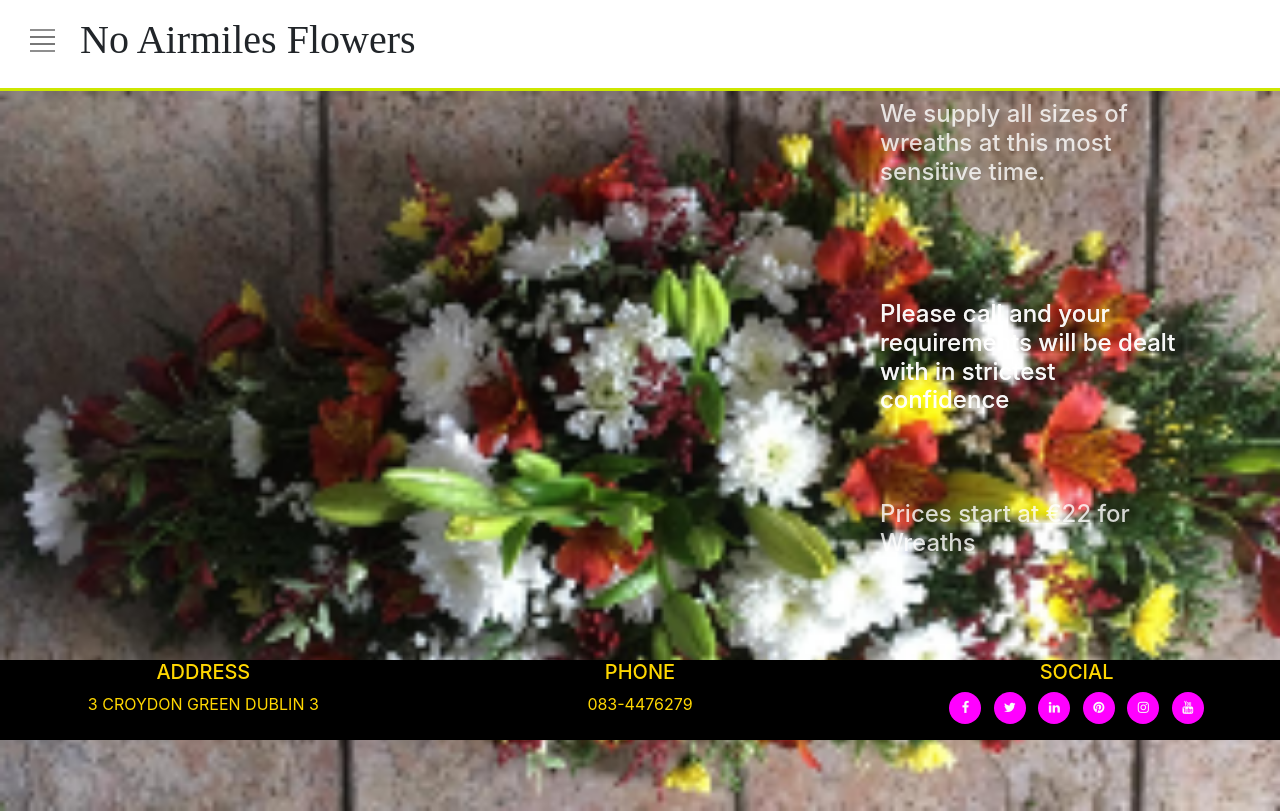
Repository: ConorTC1990/Flowers
Page: wreaths.html
The author's editor kept a record of every edit. The page is drawn from the files as they stood at one moment, then again after the next edit.
The browser window is 1280 px wide. The pictures show the whole page.
Some web libraries are served in a nearby version.

Above is the page before.

### wreaths.html
<!DOCTYPE html>
<html lang="en">
    <div class= "wreathscontainer">
<head>
    <meta charset="UTF-8">
    <meta name="viewport" content="width=device-width, initial-scale=1.0">
    <meta http-equiv="X-UA-Compatible" content="ie=edge">
    <link rel="stylesheet" href="https://maxcdn.bootstrapcdn.com/bootstrap/4.2.1/css/bootstrap.min.css" type="text/css" />
    <link rel="stylesheet" href="https://maxcdn.bootstrapcdn.com/font-awesome/4.7.0/css/font-awesome.min.css" type="text/css" />
    <link rel="stylesheet" href="https://cdnjs.cloudflare.com/ajax/libs/hover.css/2.1.1/css/hover-min.css" type="text/css" />
    <link rel="stylesheet" href="assets/css/style.css">
    <title>No Airmiles Flowers</title>
</head>
<body>
<div>
 <div class="collapsible-menu">
            <input type="checkbox" id="menu">
            <label for="menu">No Airmiles Flowers</label>
            <div class="menu-content">
                <ul>
                    <li><a href="index.html">Home</a></li>
                    <li><a href="weddings.html">Weddings</a></li>
                    <li><a href="Wreaths.html">Wreaths and Funerals</a></li>
                    <li><a href="Contactform.html">Contact</a></li>

                </ul>
            </div>
        </div>




   <div class="WreathsBackground">
         <h4 class="callout">
            We supply all sizes of wreaths at this most sensitive time.</h4>
    <h4 class="callout2">
          Prices start at €22 for Wreaths
        </h4>
         <h4 class="callout3">

        Please call and your requirements will be dealt with in strictest confidence</h4>
        </div>
         <h4 >
            We supply all sizes of wreaths at this most sensitive time.</h4>
    <h4 >
          Prices start at €22 for Wreaths
        </h4>
         <h4 class="callout3">

        Please call and your requirements will be dealt with in strictest confidence</h4>
        </div>

       <div class="videoclass2wreaths">
		    <div class=videoclass2padding></div>
		        <ol type="A">
		            <p><li> We supply all sizes of wreaths at this most sensitive time.</li></p>
		            <p><li> We can provide custom wreaths for all memorial services</li></p>
		            <p><li>Prices start at €22 for Wreaths </li></p>
		            <p><li>Please call us at 083-4476279</li></p>
		            <p><li><span class"buttonsticky"><button class= "button"><a href="Contactform.html">Contact</a></button></span></li></p>
		        </ol>

		</div>
    <div class="wreathfooter container-fluid">
<footer class="container-fluid wreathfooter">
        <div id="footer-details" class="row">
            <div class="col-sm-4">
                <h5 class="uppercase general-sub">Address</h5>
                <p class="inline-block">
                    3 Croydon Green
                    Dublin 3
                </p>
            </div>
            <div class="col-sm-4">
                <h5 class="uppercase general-sub">Phone</h5>
                <p class="inline-block">
                    083-4476279

                    </a>
                </p>
            </div>
            <div class="col-sm-4">
                <h5 class="uppercase general-sub">Social</h5>
                <ul class="list-inline social-links">
                    <li class="list-inline-item">
                        <a target="_blank" href="#">
                            <i class="fa fa-facebook" aria-hidden="true"></i>
                            <span class="sr-only">Facebook</span>
                        </a>
                    </li>
                    <li class="list-inline-item">
                        <a target="_blank" href="#">
                            <i class="fa fa-twitter" aria-hidden="true"></i>
                            <span class="sr-only">Twitter</span>
                        </a>
                    </li>
                    <li class="list-inline-item">
                        <a target="_blank" href="#">
                            <i class="fa fa-linkedin" aria-hidden="true"></i>
                            <span class="sr-only">LinkedIn</span>
                        </a>
                    </li>
                    <li class="list-inline-item">
                        <a target="_blank" href="#">
                            <i class="fa fa-pinterest" aria-hidden="true"></i>
                            <span class="sr-only">Pinterest</span>
                        </a>
                    </li>
                    <li class="list-inline-item">
                        <a target="_blank" href="#">
                            <i class="fa fa-instagram" aria-hidden="true"></i>
                            <span class="sr-only">Instagram</span>
                        </a>
                    </li>
                    <li class="list-inline-item">
                        <a target="_blank" href="#">
                            <i class="fa fa-youtube" aria-hidden="true"></i>
                            <span class="sr-only">YouTube</span>
                        </a>
                    </li>
                </ul>
            </div>
        </div>
        </div>
        </div>
    </footer>

</body>

</html>

</div>




</html>

### assets/css/style.css
@import url('https://fonts.googleapis.com/css?family=Roboto:100,200,300,400,500,600,700|Exo:100,200,300,400,500,600,700');
.mission {
	text-transform: uppercase;
	color: green;
}


/* up for deletion*/

@media (min-width: 1200px) .container {
	max-width: 100%;
}

@media (min-width: 992px) .container {
	max-width: 100%;
}

@media (min-width: 768px) .container {
	max-width: 100%;
}

@media (min-width: 576px) .container {
	max-width: 100%;
}


/* up for deletion*/

.container {
	padding-right: 0px;
	padding-left: 0px;
	margin-right: auto;
	margin-left: auto;
}


}
.wreathscontainer {
	padding-right: 0px;
	padding-left: 0px;
	margin-right: auto;
	margin-left: auto;
}

}
.containerweddings {
	padding-right: 0px;
	padding-left: 0px;
	margin-right: auto;
	margin-left: auto;
}

}

/* up for deletion*/
*,
*:before,
*:after {
	-webkit-box-sizing: border-box;
	-moz-box-sizing: border-box;
	box-sizing: border-box;
}
* {
	margin: 0;
	padding: 0;
}
* {
	margin: 0;
	padding: 0;
}
*,
 ::after,
 ::before {
	box-sizing: border-box;
}

}
.title {
	text-align: center;
	color: white;
}
h3 {
	text-transform: uppercase;
	text-align: center;
	color: green;
	background-color: #FF00FF;
	resize: both;
}

/* Buttons*/
.button {
	background-color: #7CFC00;
	text-align: center;
	color: white;
	width: 25%;
	transition-duration: .9s;
	transition-timing-function: ease-in-out;
	z-index: 1;
}
.button:hover {
	background-color: white;
	color: #7CFC00;
}
a:hover {
	background-color: white;
	color: #7CFC00;
}
.sr-only {
	color: white
}
.list-inline-item {
	color: white
}
.infoclass {
	background-color: transparent;
}
#myVideo {
	position: center;
	width: 100%;
	min-height: 100%;
	padding-bottom: 0px;
	padding-right: 0px;
	padding-left: 0px;
}
.col-sm-4 {
	text-align: center;
	border-color: #FF00FF;
}

/* Callout box - fixed position at the bottom of the page */
.callout {
	position:fixed;
	top: 100px;
	right: 100px;
	margin-left: 20px;
	max-width: 300px;
	color: white;
	opacity: 0.8;
}
.callout2 {
	position:fixed;
	top: 500px;
	right: 100px;
	margin-left: 20px;
	max-width: 300px;
	color: white;
	opacity: 0.8;
}
.callout3 {
	position:fixed;
	top: 300px;
	right: 100px;
	margin-left: 250px;
	max-width: 300px;
	color: white;
	opacity: 0.8;
}

/* up for deletion*/
.callout-header {
	padding: 25px 15px;
	background: #555;
	font-size: 30px;
	color: white;
	opacity: 0.8;
}
.col-sm-4 {
	border-color: #FF00FF;
	padding-left: 0px;
	padding-right: 0px;
}
.container-fluid {
	alignment-baseline: text-after-edge;
	border:none;
}
.sticky {
	position: static;
	top: 0;
}
body {
	background-color: #FF00FF;
	padding-left: 0px;
	padding-right: 0px;
}
.list-inline-item {
	text-align: right;
	border-color: #FF00FF;
}
.address {
	text-align: right;
}
head {
	z-index: 1;
	border-collapse: collapse;
	border-color: white;
}

/* -------------- Navbar --------------- */

/* to keep Navbar in place*/
.sticky {
	position:static;
	top: 0;
}

/* Style the navbar */
#navbar {
	overflow: hidden;
	background-color: #333;
}

/* Navbar links */
#navbar a {
	float: left;
	display: block;
	color: #f2f2f2;
	text-align: center;
	padding: 14px;
	text-decoration: none;
}

/* Page content */
.content {
	padding: 16px;
}

/* The sticky class is added to the navbar with JS when it reaches its scroll position */
.sticky {
	position: fixed;
	top: 35px;
	width: 100%;
}
.stickytitle {
	position: fixed;
	top: 0px;
	width: 100%;
	height: 35px;
	z-index: 1;
}

/* Add some top padding to the page content to prevent sudden quick movement (as the navigation bar gets a new position at the top of the page (position:fixed and top:0) */
.sticky+.content {
	padding-top: 60px;
}
.general-sub {
	background-color: #FF00FF;
	border-color: #FF00FF;
	padding-left: 0px;
	padding-right: 0px;
	padding-top: 0px;
}
.list-inline-item {
	color: white
}
title sticky {
	top: 25px
}
.buttonsticky {
	padding-right: 25px
}
.footerpin {
	position: bottom 35px
}
container-fluid sticky {
	padding-bottom: 1000px;
}

/* Footer Styles */
.social-links li a i {
	width: 32px;
	height: 32px;
	padding: 12px 0;
	border-radius: 50%;
	font-size: 13px;
	line-height: 7px;
	text-align: center;
	color: #fafafa;
	background: magenta;
	transition: all 0.35s ease-in-out;
	-moz-transition: all 0.35s ease-in-out;
	-webkit-transition: all 0.35s ease-in-out;
	-o-transition: all 0.35s ease-in-out;
}
.social-links li a i:hover {
	background: #7CFC00;
}
footer {
	text-align: center;
	background-color: #FF00FF;
	color: white;
	text-shadow: none;
	text-transform: uppercase;
	position: fixed;
	position: absolute;
	height: 25px;
	max-height: 10%;
}
.container-fluidf {
	bottom: 10px;
}

/* Wreaths */
.WreathsBackground {
	background-image: url("../images/Wreaths.JPG");
	background-repeat: no-repeat;
	background-size: cover;
	position: absolute;
	resize: both;
	min-width: 100%;
	min-height: 100%;
	max-width: 100%;
	max-height: 100%;
	padding-top: 35px;
	padding-bottom: 60px;
	padding-right: 0px;
	padding-left: 0px;
	z-index: 0;
}
.wreathfooter {
	text-align: center;
	background-color: #FF00FF;
	color: white;
	text-shadow: none;
	text-transform: uppercase;
	position: fixed;
	height: 60px;
	max-height: 10%;
	bottom: 0px;
}

/* Contact */
.ContactBackground {
	background-image: url("../images/flowers.jpg");
	position: absolute;
	resize: both;
	background-repeat: no-repeat;
	background-size: cover;
	min-width: 100%;
	min-height: 100%;
	padding-top: 35px;
	padding-bottom: 35px;
	padding-right: 0px;
	padding-left: 0px;
	z-index: 0;
}

/* ----------- Contact  form------------------*/
.form-style-1 {
	margin:10px auto;
	max-width: 400px;
	padding: 20px 12px 10px 20px;
	font: 13px "Lucida Sans Unicode",
	"Lucida Grande",
	sans-serif;
}
.form-style-1 li {
	padding: 0;
	display: block;
	list-style: none;
	margin: 10px 0 0 0;
}
.form-style-1 label {
	margin:0 0 3px 0;
	padding:0px;
	display:block;
	font-weight: bold;
}
.form-style-1 input[type=text],
.form-style-1 input[type=date],
.form-style-1 input[type=datetime],
.form-style-1 input[type=number],
.form-style-1 input[type=search],
.form-style-1 input[type=time],
.form-style-1 input[type=url],
.form-style-1 input[type=email],
textarea,
select {
	box-sizing: border-box;
	-webkit-box-sizing: border-box;
	-moz-box-sizing: border-box;
	border:1px solid #BEBEBE;
	padding: 7px;
	margin:0px;
	-webkit-transition: all 0.30s ease-in-out;
	-moz-transition: all 0.30s ease-in-out;
	-ms-transition: all 0.30s ease-in-out;
	-o-transition: all 0.30s ease-in-out;
	outline: none;
}
.form-style-1 input[type=text]:focus,
.form-style-1 input[type=date]:focus,
.form-style-1 input[type=datetime]:focus,
.form-style-1 input[type=number]:focus,
.form-style-1 input[type=search]:focus,
.form-style-1 input[type=time]:focus,
.form-style-1 input[type=url]:focus,
.form-style-1 input[type=email]:focus,
.form-style-1 textarea:focus,
.form-style-1 select:focus {
	-moz-box-shadow: 0 0 8px #88D5E9;
	-webkit-box-shadow: 0 0 8px #88D5E9;
	box-shadow: 0 0 8px #88D5E9;
	border: 1px solid #88D5E9;
}
.form-style-1 .field-divided {
	width: 49%;
}
.form-style-1 .field-long {
	width: 100%;
}
.form-style-1 .field-select {
	width: 100%;
}
.form-style-1 .field-textarea {
	height: 100px;
}
.form-style-1 input[type=submit],
.form-style-1 input[type=button] {
	background: #4B99AD;
	padding: 8px 15px 8px 15px;
	border: none;
	color: #fff;
}
.form-style-1 input[type=submit]:hover,
.form-style-1 input[type=button]:hover {
	background: #4691A4;
	box-shadow:none;
	-moz-box-shadow:none;
	-webkit-box-shadow:none;
}
.form-style-1 .required {
	color:red;
}

/* ----------- Contact  form------------------*/

/* ----------- Weddings Background------------------*/
.WeddingsBackground {
	background-image: url("../images/Weddings.PNG");
	position: fixed;
	resize: both;
	padding-top: 35px;
	padding-bottom: 35px;
	padding-right: 0px;
	padding-left: 0px;
	z-index: 0;
	max-width : 100%;
	max-height: 100%;
	min-width: 100%;
	min-height: 100%;
}

/* ----------- Weddings Background------------------*/

/* ----------- Menu Bar------------------*/
.menu-content {
	font-family: 'Oswald',
	sans-serif;
	padding: 0 0 0 50px;
}
.collapsible-menu {
	background-color: rgb(255,
	255,
	255);
	padding: 0px 30px;
	border-bottom: 3px solid #CDE700;
	box-shadow: 1px 2px 3px rgba(0,
	0,
	0,
	0.2);
	opacity: 1;
}
.collapsible-menu ul {
	list-style-type: none;
	padding: 0;
}
.collapsible-menu a {
	display:block;
	padding: 10px;
	text-decoration: none;
}
.collapsible-menu label {
	font-family: 'Sedgwick Ave Display',
	cursive;
	font-size: 40px;
	display: block;
	cursor: pointer;
	background: url(../images/menu.png) no-repeat left center;
	padding: 10px 0 10px 50px;
}
input#menu {
	display: none;
}
input:checked+label {
	background-image: url(../images/close.png);
}
.menu-content {
	max-height: 0;
	overflow: hidden;
	font-family: 'Oswald',
	sans-serif;
	padding: 0 0 0 50px;
}

/* Toggle Effect */
input:checked~label {
	background-image: url(../images/close.png);
}
input:checked~.menu-content {
	max-height: 100%;
}

/* ----------- Menu Bar------------------*/

/* ----------- Consider for Deletion------------------*/

/* test */
* {
	margin: 0;
	padding: 0;
}

/* Icon 0 */
#nav-icon0 {
	width: 30px;
	height: 35px;
	position: relative;
	margin: 50px auto;
	-webkit-transform: rotate(0deg);
	-moz-transform: rotate(0deg);
	-o-transform: rotate(0deg);
	transform: rotate(0deg);
	-webkit-transition: .5s ease-in-out;
	-moz-transition: .5s ease-in-out;
	-o-transition: .5s ease-in-out;
	transition: .5s ease-in-out;
	cursor: pointer;
}

/* Icon 2 */
#nav-icon0 {}
#nav-icon0 span {
	display: block;
	position: absolute;
	height: 2px;
	width: 50%;
	background: #000;
	opacity: 1;
	-webkit-transform: rotate(0deg);
	-moz-transform: rotate(0deg);
	-o-transform: rotate(0deg);
	transform: rotate(0deg);
	-webkit-transition: .25s ease-in-out;
	-moz-transition: .25s ease-in-out;
	-o-transition: .25s ease-in-out;
	transition: .25s ease-in-out;
}
#nav-icon0 span:nth-child(even) {
	left: 50%;
	border-radius: 0 9px 9px 0;
}
#nav-icon0 span:nth-child(odd) {
	left:0px;
	border-radius: 9px 0 0 9px;
}
#nav-icon0 span:nth-child(1),
#nav-icon0 span:nth-child(2) {
	top: 0px;
}
#nav-icon0 span:nth-child(3),
#nav-icon0 span:nth-child(4) {
	top: 10px;
}
#nav-icon0 span:nth-child(5),
#nav-icon0 span:nth-child(6) {
	top: 20px;
}
#nav-icon0.open span:nth-child(1),
#nav-icon0.open span:nth-child(6) {
	-webkit-transform: rotate(45deg);
	-moz-transform: rotate(45deg);
	-o-transform: rotate(45deg);
	transform: rotate(45deg);
}
#nav-icon0.open span:nth-child(2),
#nav-icon0.open span:nth-child(5) {
	-webkit-transform: rotate(-45deg);
	-moz-transform: rotate(-45deg);
	-o-transform: rotate(-45deg);
	transform: rotate(-45deg);
}
#nav-icon0.open span:nth-child(1) {
	left: 0px;
	top: 9px;
}
#nav-icon0.open span:nth-child(2) {
	left: calc(50% - 5px);
	top: 9px;
}
#nav-icon0.open span:nth-child(3) {
	left: -50%;
	opacity: 0;
}
#nav-icon0.open span:nth-child(4) {
	left: 100%;
	opacity: 0;
}
#nav-icon0.open span:nth-child(5) {
	left: 0px;
	top: 19px;
}
#nav-icon0.open span:nth-child(6) {
	left: calc(50% - 5px);
	top: 19px;
}

/* ----------- Consider for Deletion------------------*/
* {
	margin: 0;
	padding: 0;
}

/* Icon 1 */
#nav-icon1,
#nav-icon2,
#nav-icon3,
#nav-icon4 {
	width: 60px;
	height: 45px;
	position: relative;
	margin: 50px auto;
	-webkit-transform: rotate(0deg);
	-moz-transform: rotate(0deg);
	-o-transform: rotate(0deg);
	transform: rotate(0deg);
	-webkit-transition: .5s ease-in-out;
	-moz-transition: .5s ease-in-out;
	-o-transition: .5s ease-in-out;
	transition: .5s ease-in-out;
	cursor: pointer;
}
#nav-icon1 span,
#nav-icon3 span,
#nav-icon4 span {
	display: block;
	position: absolute;
	height: 9px;
	width: 100%;
	background: #d3531a;
	border-radius: 9px;
	opacity: 1;
	left: 0;
	-webkit-transform: rotate(0deg);
	-moz-transform: rotate(0deg);
	-o-transform: rotate(0deg);
	transform: rotate(0deg);
	-webkit-transition: .25s ease-in-out;
	-moz-transition: .25s ease-in-out;
	-o-transition: .25s ease-in-out;
	transition: .25s ease-in-out;
}
#nav-icon1 span:nth-child(1) {
	top: 0px;
}
#nav-icon1 span:nth-child(2) {
	top: 18px;
}
#nav-icon1 span:nth-child(3) {
	top: 36px;
}
#nav-icon1.open span:nth-child(1) {
	top: 18px;
	-webkit-transform: rotate(135deg);
	-moz-transform: rotate(135deg);
	-o-transform: rotate(135deg);
	transform: rotate(135deg);
}
#nav-icon1.open span:nth-child(2) {
	opacity: 0;
	left: -60px;
}
#nav-icon1.open span:nth-child(3) {
	top: 18px;
	-webkit-transform: rotate(-135deg);
	-moz-transform: rotate(-135deg);
	-o-transform: rotate(-135deg);
	transform: rotate(-135deg);
}

/* Icon 2 */
#nav-icon2 {}
#nav-icon2 span {
	display: block;
	position: absolute;
	height: 9px;
	width: 50%;
	background: #d3531a;
	opacity: 1;
	-webkit-transform: rotate(0deg);
	-moz-transform: rotate(0deg);
	-o-transform: rotate(0deg);
	transform: rotate(0deg);
	-webkit-transition: .25s ease-in-out;
	-moz-transition: .25s ease-in-out;
	-o-transition: .25s ease-in-out;
	transition: .25s ease-in-out;
}
#nav-icon2 span:nth-child(even) {
	left: 50%;
	border-radius: 0 9px 9px 0;
}
#nav-icon2 span:nth-child(odd) {
	left:0px;
	border-radius: 9px 0 0 9px;
}
#nav-icon2 span:nth-child(1),
#nav-icon2 span:nth-child(2) {
	top: 0px;
}
#nav-icon2 span:nth-child(3),
#nav-icon2 span:nth-child(4) {
	top: 18px;
}
#nav-icon2 span:nth-child(5),
#nav-icon2 span:nth-child(6) {
	top: 36px;
}
#nav-icon2.open span:nth-child(1),
#nav-icon2.open span:nth-child(6) {
	-webkit-transform: rotate(45deg);
	-moz-transform: rotate(45deg);
	-o-transform: rotate(45deg);
	transform: rotate(45deg);
}
#nav-icon2.open span:nth-child(2),
#nav-icon2.open span:nth-child(5) {
	-webkit-transform: rotate(-45deg);
	-moz-transform: rotate(-45deg);
	-o-transform: rotate(-45deg);
	transform: rotate(-45deg);
}
#nav-icon2.open span:nth-child(1) {
	left: 5px;
	top: 7px;
}
#nav-icon2.open span:nth-child(2) {
	left: calc(50% - 5px);
	top: 7px;
}
#nav-icon2.open span:nth-child(3) {
	left: -50%;
	opacity: 0;
}
#nav-icon2.open span:nth-child(4) {
	left: 100%;
	opacity: 0;
}
#nav-icon2.open span:nth-child(5) {
	left: 5px;
	top: 29px;
}
#nav-icon2.open span:nth-child(6) {
	left: calc(50% - 5px);
	top: 29px;
}

/* Icon 3 */
#nav-icon3 span:nth-child(1) {
	top: 0px;
}
#nav-icon3 span:nth-child(2),
#nav-icon3 span:nth-child(3) {
	top: 18px;
}
#nav-icon3 span:nth-child(4) {
	top: 36px;
}
#nav-icon3.open span:nth-child(1) {
	top: 18px;
	width: 0%;
	left: 50%;
}
#nav-icon3.open span:nth-child(2) {
	-webkit-transform: rotate(45deg);
	-moz-transform: rotate(45deg);
	-o-transform: rotate(45deg);
	transform: rotate(45deg);
}
#nav-icon3.open span:nth-child(3) {
	-webkit-transform: rotate(-45deg);
	-moz-transform: rotate(-45deg);
	-o-transform: rotate(-45deg);
	transform: rotate(-45deg);
}
#nav-icon3.open span:nth-child(4) {
	top: 18px;
	width: 0%;
	left: 50%;
}

/* Icon 4 */
#nav-icon4 {}
#nav-icon4 span:nth-child(1) {
	top: 0px;
	-webkit-transform-origin: left center;
	-moz-transform-origin: left center;
	-o-transform-origin: left center;
	transform-origin: left center;
}
#nav-icon4 span:nth-child(2) {
	top: 18px;
	-webkit-transform-origin: left center;
	-moz-transform-origin: left center;
	-o-transform-origin: left center;
	transform-origin: left center;
}
#nav-icon4 span:nth-child(3) {
	top: 36px;
	-webkit-transform-origin: left center;
	-moz-transform-origin: left center;
	-o-transform-origin: left center;
	transform-origin: left center;
}
#nav-icon4.open span:nth-child(1) {
	-webkit-transform: rotate(45deg);
	-moz-transform: rotate(45deg);
	-o-transform: rotate(45deg);
	transform: rotate(45deg);
	top: -3px;
	left: 8px;
}
#nav-icon4.open span:nth-child(2) {
	width: 0%;
	opacity: 0;
}
#nav-icon4.open span:nth-child(3) {
	-webkit-transform: rotate(-45deg);
	-moz-transform: rotate(-45deg);
	-o-transform: rotate(-45deg);
	transform: rotate(-45deg);
	top: 39px;
	left: 8px;
}

/* ----------- Consider for Deletion------------------*/
.container {
	padding-right: 0px;
	padding-left: 0px;
	margin-right: auto;
	margin-left: auto;
}
.videoclass {
	min-height: 100%;
	min-width: 100%;
	padding-bottom: 60px;
}
@media (max-width: 40em) {
	.videoclass {
		display: none;
	}
}
@media (max-width: 40em) {
	.WreathsBackground {
		display: none;
	}
}
@media (min-width: 40em) {
	.videoclass2paddingweddings {
		display: none;
	}
}
@media (min-width: 40em) {
	.videoclass2 {
		display: none;
	}
}
@media (min-width: 40em) {
	.videoclass2wreaths {
		display: none;
	}
}
@media (max-width: 40em) {
	.callout {
		display: none;
	}
}
@media (max-width: 70em) {
	.callout2 {
		display: none;
	}
}
@media (max-width: 40em) {
	.WeddingsBackground {
		display: none;
	}
}
@media (max-width: 40em) {
	.callout3 {
		display: none;
	}
}
.videoclass2 {
	background-image:url("../images/flowers.jpg");
	width: 100%;
	height: 100%;
	min-height: 625px;
	opacity: 1;
	text-size: 30px;
	text-transform: uppercase;
	color: white;
	list-style: circle;
	line-height:!important;
	25px;
	text-align: center;
}
.videoclass2weddings {
	background-image:url("../images/wedding flowers.jpg");
	width: 100%;
	height: 100%;
	background-repeat: no-repeat;
	background-size: cover;
	min-height: 625px;
	opacity: 1;
	text-size: 30px;
	text-transform: uppercase;
	color: black;
	list-style: circle;
	line-height:!important;
	25px;
	text-align: center;
	padding-top: 30px;
	z-index: 2;
}
.videoclass2weddings {
	padding-top: 60px
}
@media (min-width: 40em) {
	.videoclass2 {
		display: none;
	}
}
.videoclass2wreaths {
	background-image:url("../images/Wreaths.1.JPG");
	width: 100%;
	height: 100%;
	min-height: 650px;
	opacity: 1;
	text-size: 30px;
	text-transform: uppercase;
	color: white;
	list-style: circle;
	line-height:!important;
	25px;
	text-align: center;
	padding-top: 35px;
}
.videoclass2weddings {
	padding-top: 0px
}
@media (min-width: 40em) {
	.videoclass2weddings {
		display: none;
	}
}
@media (max-width: 40em) {
	h4 {
		display: none;
	}
}
.container-fluid {
	width: 100%;
	padding-right: 0px;
	padding-left: 0px;
	margin-right: auto;
	margin-left: auto;
}
.wreathfooter {
	text-align: center;
	background-color: #FF00FF;
	color: gold;
	text-shadow: none;
	text-transform: uppercase;
	position: fixed;
	height: 60px;
	max-height: 10%;
	bottom: 0px;
}
.general-sub {
	background-color: black;
	border-color: black;
	padding-left: 0px;
	padding-right: 0px;
	padding-top: 0px;
}
.col-sm-4 {
	text-align: center;
	/* border-color: #FF00FF; */
	background-color: black;
}
.list-inline-item {
	color: black;
}
.list-inline-item {
	text-align: right;
	border-color: black;
}

After the next edit:
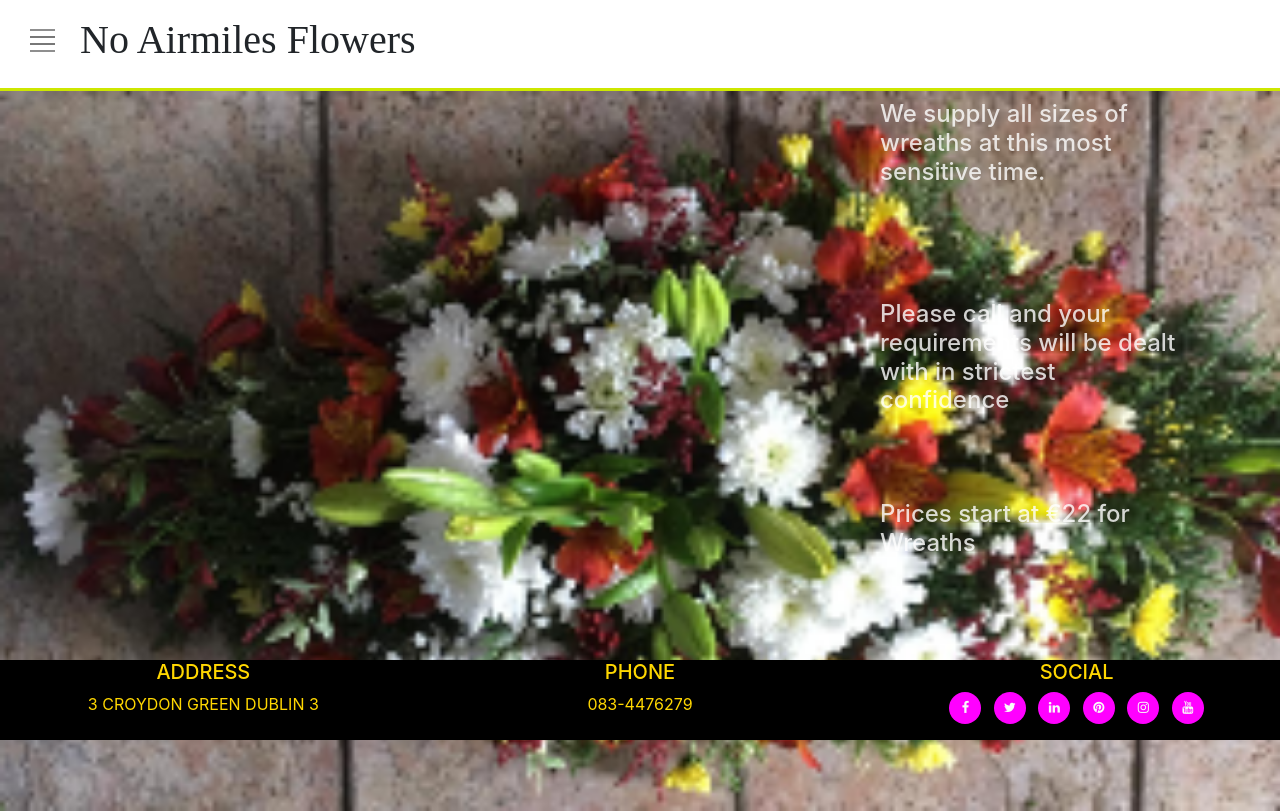
The edit:
--- a/wreaths.html
+++ b/wreaths.html
@@ -45,7 +45,7 @@
     <h4 >
           Prices start at €22 for Wreaths
         </h4>
-         <h4 class="callout3">
+         <h4 >
 
         Please call and your requirements will be dealt with in strictest confidence</h4>
         </div>
